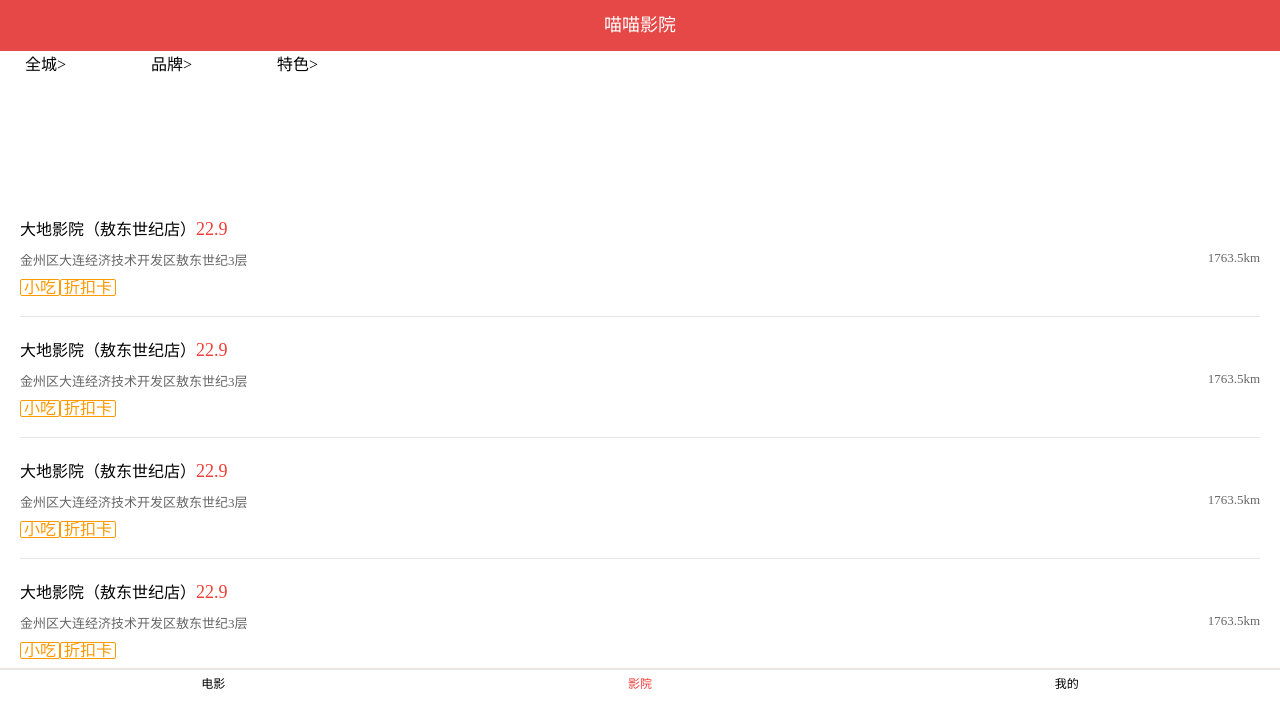
Repository: X-J-0/miaomiao_film
Page: /cinema (app in miaomiao/)
An editor plug-in stored every save of this project. The page is shown before and after the next save, followed by the edit.
The browser window is 1280 px wide. The pictures show the whole page.
The project was rebuilt for these pictures with package versions that can differ from the ones it lists, and the page was loaded fresh each time. Also part of the build but not shown: miaomiao/src/components/Allocate/index.vue. Imported but missing from the stored project, and not drawn on this page: miaomiao/src/components/Brand, miaomiao/src/components/Special.

Above is the page before, as saved 2020-03-24 19:43:17.

After the next save:
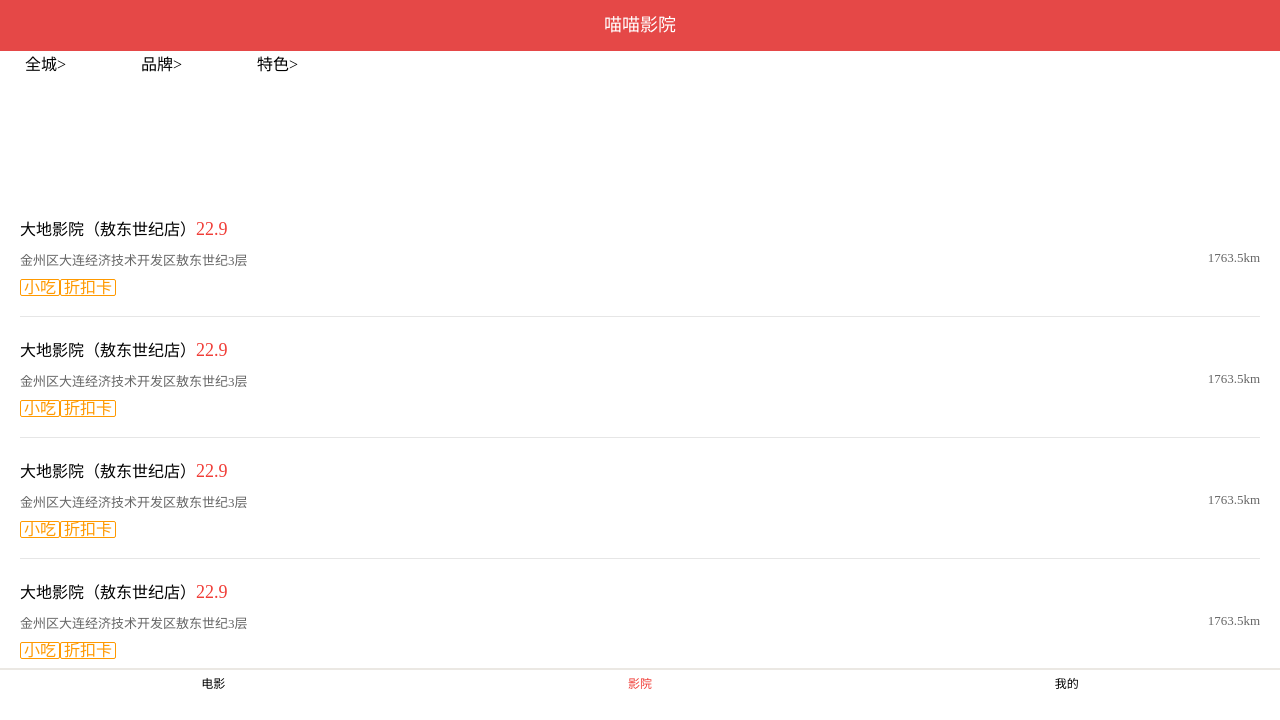
Saved 5 s later.
--- a/miaomiao/src/views/Cinema/index.vue
+++ b/miaomiao/src/views/Cinema/index.vue
@@ -42,7 +42,7 @@ export default {
 <style scoped>
 .cinema_menu li{
   margin-left:25px;
-  margin-right:60px;
+  margin-right:50px;
   float:left;
 }
 </style>
